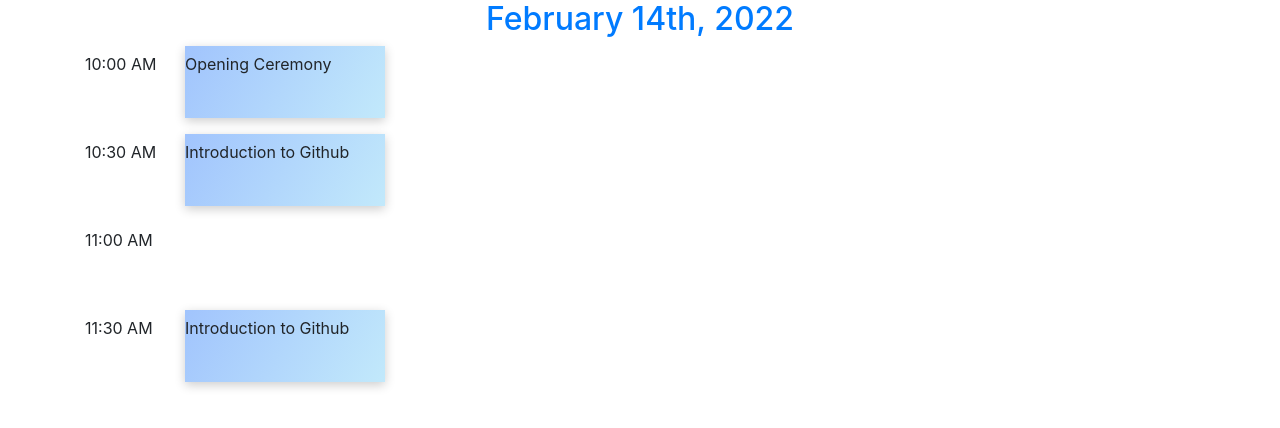
Repository: BaileyLuu/yuHacks2022
Page: public/schedule.html
An editor plug-in stored every save of this project. The page is shown before and after the next save, followed by the edit.
The browser window is 1280 px wide. The pictures show the whole page.
Some web libraries are served in a nearby version.

Above is the page before, as saved 2021-11-20 13:14:10.

### public/schedule.html
<!DOCTYPE html>
<html lang="en">

<head>
    <meta charset="UTF-8">
    <meta http-equiv="X-UA-Compatible" content="IE=edge">
    <meta name="viewport" content="width=device-width, initial-scale=1.0">

    <script src="https://ajax.googleapis.com/ajax/libs/jquery/3.5.1/jquery.min.js"></script>

    <!-- Popper JS -->
    <script src="https://cdnjs.cloudflare.com/ajax/libs/popper.js/1.12.9/umd/popper.min.js"
        integrity="sha384-ApNbgh9B+Y1QKtv3Rn7W3mgPxhU9K/ScQsAP7hUibX39j7fakFPskvXusvfa0b4Q"
        crossorigin="anonymous"></script>

    <!-- Latest compiled JavaScript -->
    <script src="https://maxcdn.bootstrapcdn.com/bootstrap/4.0.0/js/bootstrap.min.js"
        integrity="sha384-JZR6Spejh4U02d8jOt6vLEHfe/JQGiRRSQQxSfFWpi1MquVdAyjUar5+76PVCmYl"
        crossorigin="anonymous"></script>

    <!-- Latest compiled and minified CSS -->
    <link rel="stylesheet" href="https://maxcdn.bootstrapcdn.com/bootstrap/4.0.0/css/bootstrap.min.css"
        integrity="sha384-Gn5384xqQ1aoWXA+058RXPxPg6fy4IWvTNh0E263XmFcJlSAwiGgFAW/dAiS6JXm" crossorigin="anonymous">

    <!-- AOS CSS Library CDN -->
    <link href="https://unpkg.com/aos@2.3.1/dist/aos.css" rel="stylesheet">
    <!-- Bootstrap Icons -->
    <link rel="stylesheet" href="https://cdn.jsdelivr.net/npm/bootstrap-icons@1.7.0/font/bootstrap-icons.css">



    <script src="https://code.jquery.com/jquery-3.2.1.slim.min.js"
        integrity="sha384-KJ3o2DKtIkvYIK3UENzmM7KCkRr/rE9/Qpg6aAZGJwFDMVNA/GpGFF93hXpG5KkN"
        crossorigin="anonymous"></script>
    <link rel="stylesheet" href="./schedule.css">
    <script src="schedule.js"></script>
    <script src="https://ajax.googleapis.com/ajax/libs/jquery/3.3.1/jquery.min.js"></script>
    <title>yuHacks Schedule</title>
</head>

<body>
    <section class="">
        <div class="container">
            <h2 class="text-primary title text-center">February 14th, 2022</h1>

                <!-- <div class="row row-cols-2">
          <div class="col">Column</div>
          <div class="col">Column</div>
          <div class="col">Column</div>
          <div class="col">Column</div>
          <div class="col">Column</div>
          <div class="col">Column</div>

        </div>
        <div class="row row-cols-2">
            <div class="col">Column</div>
            <div class="col">Column</div>
            <div class="col">Column</div>
            <div class="col">Column</div>
            <div class="col">Column</div>
            <div class="col">Column</div>

          </div> -->
                <div class="schedule-table">



                    <div class="box schedule-time mb-3">
                        <div class="schedule-time" style="width: 100px;">10:00 AM</div>
                        <div class="session-box schedule-time">Opening Ceremony</div>

                    </div>
                    <div class="box schedule-time mb-3">
                        <div class="schedule-time" style="width: 100px;">10:30 AM</div>
                        <div class=" schedule-time one-hour-session">Introduction to Github</div>

                    </div>
                    <div class="box schedule-time mb-3">
                        <div class="schedule-time" style="width: 100px;">11:00 AM</div>
                        <div class="empty schedule-time"></div>

                    </div>
                    <div class="box schedule-time">
                        <div class="schedule-time" style="width: 100px;">11:30 AM</div>
                        <div class="session-box schedule-time">Introduction to Github</div>

                    </div>

                    <!-- <div class="col-md-8">
              <div>Introduction to Github</div>
              <div></div>
              <div>Introduction to Bootstrap</div>
          </div> -->

                </div>
        </div>
    </section>

    <script src="https://cdnjs.cloudflare.com/ajax/libs/jquery/3.6.0/jquery.min.js"
        integrity="sha512-894YE6QWD5I59HgZOGReFYm4dnWc1Qt5NtvYSaNcOP+u1T9qYdvdihz0PPSiiqn/+/3e7Jo4EaG7TubfWGUrMQ=="
        crossorigin="anonymous" referrerpolicy="no-referrer"></script>
    <!-- Option 1: Bootstrap Bundle with Popper -->
    <script src="https://cdn.jsdelivr.net/npm/bootstrap@5.1.3/dist/js/bootstrap.bundle.min.js"
        integrity="sha384-ka7Sk0Gln4gmtz2MlQnikT1wXgYsOg+OMhuP+IlRH9sENBO0LRn5q+8nbTov4+1p"
        crossorigin="anonymous"></script>

    <script src="https://unpkg.com/aos@2.3.1/dist/aos.js"></script>
    <script>
        AOS.init({
            offset: 500,
            duration: 800,
            once: true,
        }

        );
    </script>
</body>

</html>

### public/schedule.css
/* body {
    background-color: #141c3c;
  } */

.schedule-time{
  display:flex;
  flex-direction: column;
  width: 200px;
  height:10vh;
  box-sizing: border-box;
  z-index: 50;
  line-height: 5vh;
  flex-wrap: wrap;
}
.session-box{
  background-image: linear-gradient(120deg, #a1c4fd 0%, #c2e9fb 100%);
  box-shadow: 0 3px 10px rgb(0 0 0 / 0.2);
  position:relative;
  flex-wrap: wrap;
}
.one-hour-session{
  background-image: linear-gradient(120deg, #a1c4fd 0%, #c2e9fb 100%);
  box-shadow: 0 3px 10px rgb(0 0 0 / 0.2);
  position:relative;

  width: 200px;
  height:10vh;
}
.empty-box{
  background-image: white;
  box-shadow: 0 3px 10px rgb(0 0 0 / 0.2);
  position:relative;
  flex-wrap: wrap;
}
.schedule-table{
  display:flex;
  flex-direction:column;

}
/* .box>* {
  flex: 1 1 70px;
} */

Loaded but not shown: public/schedule.js (no copy from this time; the picture is the same without it)

After the next save:
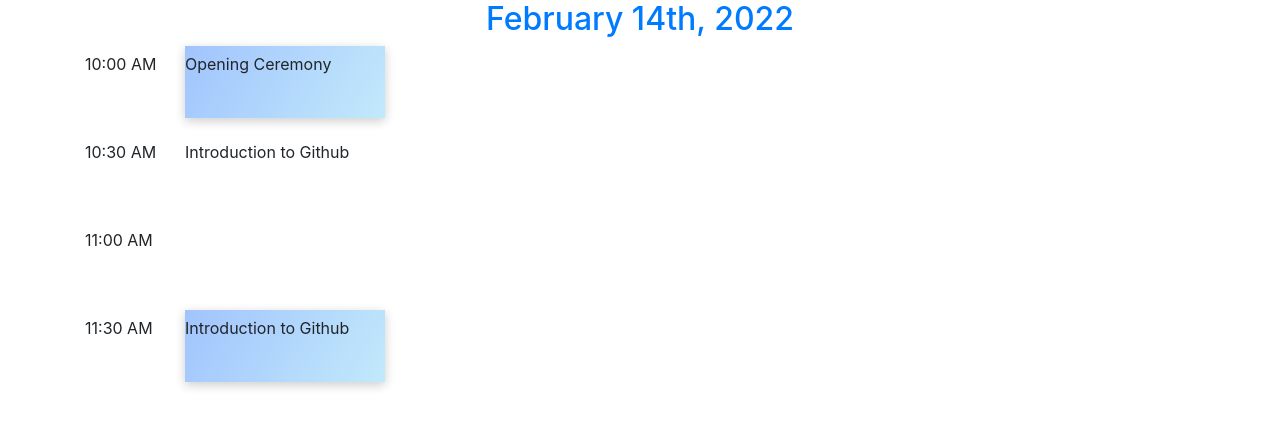
Saved 20 s later.
--- a/public/schedule.css
+++ b/public/schedule.css
@@ -18,14 +18,6 @@
   position:relative;
   flex-wrap: wrap;
 }
-.one-hour-session{
-  background-image: linear-gradient(120deg, #a1c4fd 0%, #c2e9fb 100%);
-  box-shadow: 0 3px 10px rgb(0 0 0 / 0.2);
-  position:relative;
-
-  width: 200px;
-  height:10vh;
-}
 .empty-box{
   background-image: white;
   box-shadow: 0 3px 10px rgb(0 0 0 / 0.2);

After the save that followed:
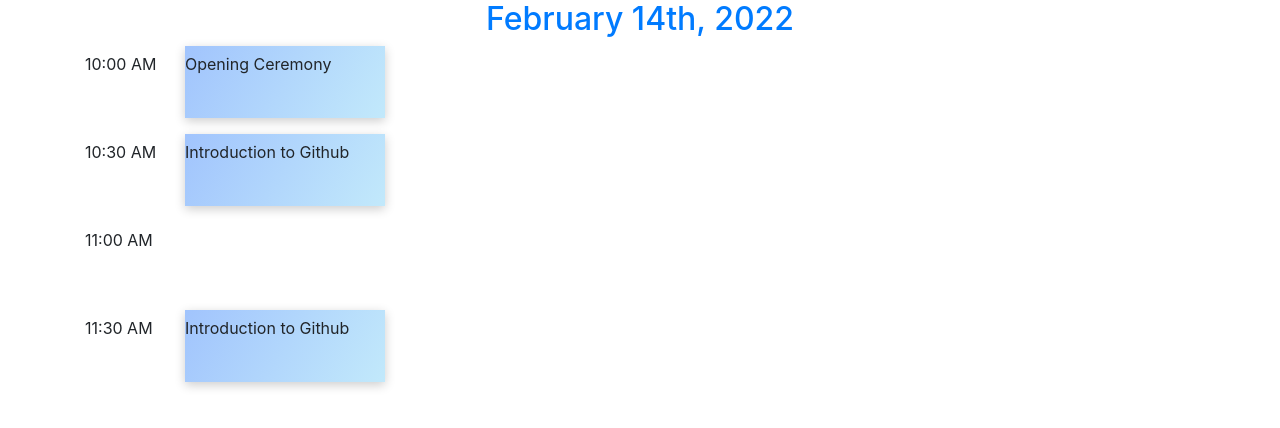
Saved 10 s later.
--- a/public/schedule.html
+++ b/public/schedule.html
@@ -72,7 +72,7 @@
                     </div>
                     <div class="box schedule-time mb-3">
                         <div class="schedule-time" style="width: 100px;">10:30 AM</div>
-                        <div class=" schedule-time one-hour-session">Introduction to Github</div>
+                        <div class="session-box schedule-time one-hour-session">Introduction to Github</div>
 
                     </div>
                     <div class="box schedule-time mb-3">
